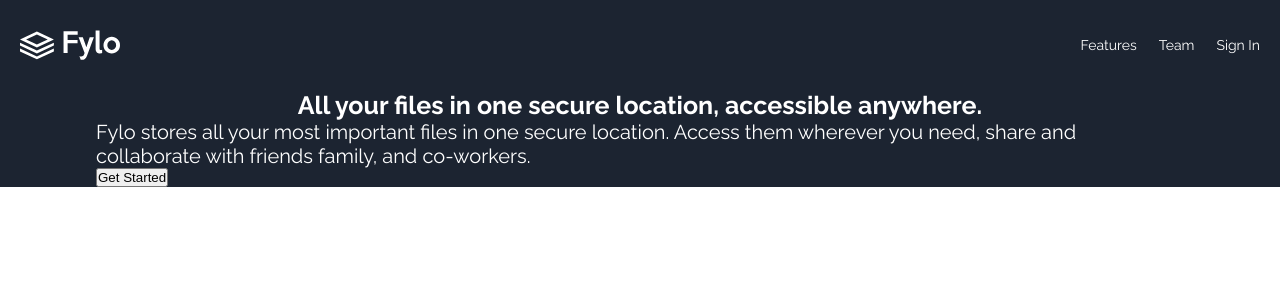
Repository: tomas938/fylo-dark-theme-landing-page-master
Page: index.html
These files come from the project's save history. The page is drawn as it stood at one moment and after the next save; the edit follows.
The browser window is 1280 px wide. The pictures show the whole page.
The style sheet was rebuilt from its Sass, Less or Tailwind sources for each picture, by a compiler version that may differ from the author's.

Above is the page before, as saved 2021-08-05 11:50:59.

### index.html
<!DOCTYPE html>
<html lang="en">
	<head>
		<meta charset="UTF-8" />
		<meta name="viewport" content="width=device-width, initial-scale=1.0" />
		<link
			rel="icon"
			type="image/png"
			sizes="32x32"
			href="./images/favicon-32x32.png"
		/>
		<title>
			Frontend Mentor | Fylo landing page with dark theme and features grid
		</title>
		<link rel="stylesheet" href="/scss/main.css" />
	</head>
	<body>
		<section class="intro">
			<nav class="intro__navigation">
				<img src="/images/logo.svg" alt="" />
				<ul class="intro__navigation__links">
					<li><a href="#">Features</a></li>
					<li><a href="#">Team</a></li>
					<li><a href="#">Sign In</a></li>
				</ul>
			</nav>
			<div class="intro__description">
				<h1>All your files in one secure location, accessible anywhere.</h1>
				<p>
					Fylo stores all your most important files in one secure location.
					Access them wherever you need, share and collaborate with friends
					family, and co-workers.
				</p>
				<button class="blue-rounded">Get Started</button>
			</div>
		</section>
		Access your files, anywhere The ability to use a smartphone, tablet, or
		computer to access your account means your files follow you everywhere.
		Security you can trust 2-factor authentication and user-controlled
		encryption are just a couple of the security features we allow to help
		secure your files. Real-time collaboration Securely share files and folders
		with friends, family and colleagues for live collaboration. No email
		attachments required. Store any type of file Whether you're sharing holidays
		photos or work documents, Fylo has you covered allowing for all file types
		to be securely stored and shared. Stay productive, wherever you are Never
		let location be an issue when accessing your files. Fylo has you covered for
		all of your file storage needs. Securely share files and folders with
		friends, family and colleagues for live collaboration. No email attachments
		required. See how Fylo works Fylo has improved our team productivity by an
		order of magnitude. Since making the switch our team has become a well-oiled
		collaboration machine. Satish Patel Founder & CEO, Huddle Fylo has improved
		our team productivity by an order of magnitude. Since making the switch our
		team has become a well-oiled collaboration machine. Bruce McKenzie Founder &
		CEO, Huddle Fylo has improved our team productivity by an order of
		magnitude. Since making the switch our team has become a well-oiled
		collaboration machine. Iva Boyd Founder & CEO, Huddle Get early access today
		It only takes a minute to sign up and our free starter tier is extremely
		generous. If you have any questions, our support team would be happy to help
		you. Get Started For Free Lorem ipsum dolor sit amet, consectetur adipiscing
		elit, sed do eiusmod tempor incididunt ut labore et dolore magna aliqua
		+1-543-123-4567 example@fylo.com About Us Jobs Press Blog Contact Us Terms
		Privacy

		<footer></footer>
	</body>
</html>

### scss/main.scss
@import "./_partials/variables";
@import "./_partials/_reset";
@import "./_partials/_intro";

### scss/_partials/_variables.scss
// COLORS //

// ### Primary //

$intro-bg: hsl(217, 28%, 15%); // intro email sign up
$main-bg: hsl(218, 28%, 13%);
$footer-bg: hsl(216, 53%, 9%);
$testimonials-bg: hsl(219, 30%, 18%);

// ### Accent //

$cayn: hsl(176, 68%, 64%); //(inside call-to-action gradient)//
$blue: hsl(198, 60%, 50%); //(inside call-to-action gradient)//
$error: hsl(0, 100%, 63%);

// ### Neutral //

$white: hsl(0, 0%, 100%);

// FONTS //

// ### Headings, Call-to-actions, Header Navigation //

@import url("https://fonts.googleapis.com/css2?family=Raleway:wght@400;700&display=swap");

$heading-font: "Raleway", sans-serif;
$heading-light: 400;
$heading-bold: 700;

// ### Body //

@import url("https://fonts.googleapis.com/css2?family=Open+Sans:wght@400;700&family=Raleway:wght@400;700&display=swap");

$body-font: "Open Sans", sans-serif;
$body-light: 400;
$body-bold: 700;

### scss/_partials/_reset.scss
* {
	margin: 0;
	padding: 0;
	box-sizing: border-box;
}
body {
	color: $white;
	font-family: $body-font;
}
html {
	font-size: 62.5%;
	// @media only screen and (max-width: 375px) {
	// 	font-size: 92.5%;
	// }
}
a {
	text-decoration: none;
}
li {
	list-style: none;
}

### scss/_partials/_intro.scss
.intro {
	background-color: $intro-bg;
	font-family: $heading-font;
	&__navigation {
		padding: 3rem 2rem;
		display: flex;
		justify-content: space-between;
	}
	img {
		width: 10rem;
		height: 2.95rem;
	}
	&__navigation__links {
		display: flex;
		align-items: center;
	}
	li:not(:last-child) {
		margin-right: 2.2rem;
	}
	a {
		color: $white;

		font-weight: $heading-light;
		font-size: 1.4rem;
	}
	&__description {
		width: 85%;
		margin: auto;
	}
	h1 {
		font-size: 2.5rem;
		text-align: center;
	}
	p {
		font-size: 2rem;
	}
}

After the next save:
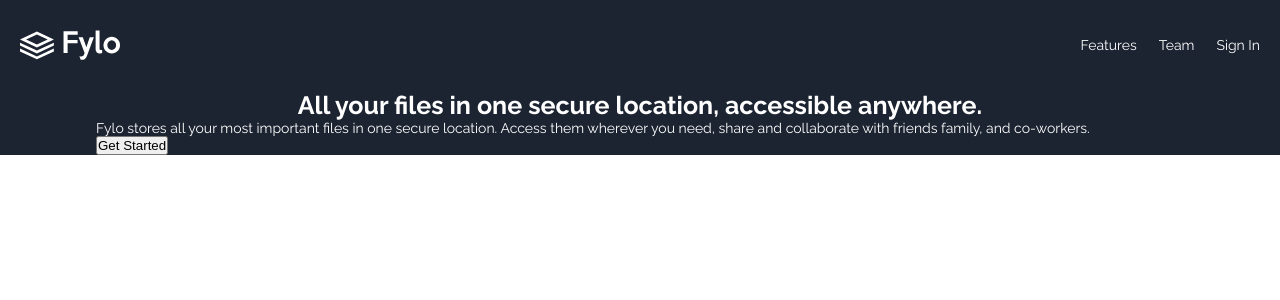
Saved 7 s later.
--- a/scss/_partials/_intro.scss
+++ b/scss/_partials/_intro.scss
@@ -32,6 +32,6 @@
 		text-align: center;
 	}
 	p {
-		font-size: 2rem;
+		font-size: 1.4rem;
 	}
 }
